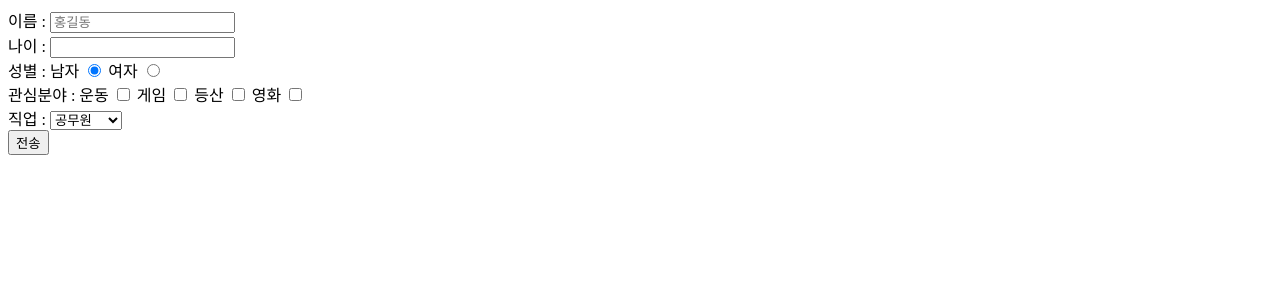
Repository: LEENYAMNYAM/JSP
Page: http://localhost/JSP_Project/exam/forminput.jsp
An editor plug-in stored every save of this project. The page is shown before and after the next save, followed by the edit.
The browser window is 1280 px wide. The pictures show the whole page.
The page is served by Tomcat 9. Other server files are loaded and not shown.

Above is the page before, as saved 2025-02-27 05:14:40.

### JSP_Project/src/main/webapp/exam/forminput.jsp
<%@ page language="java" contentType="text/html; charset=UTF-8"
    pageEncoding="UTF-8"%>
<!DOCTYPE html>
<html>
<head>
<meta charset="UTF-8">
<title>Insert title here</title>
</head>
<body>

<form action="fromResult.jsp" method="post">
이름 : <input type="text" id="name" name="name" placeholder="홍길동"></br>
나이 : <input type="number" id="age" name="age"></br>
성별 : <label for="m">남자</label>
	  <input type="radio" name="gender" id="m" checked>
	  <label for="w">여자
	  </label>
	  <input type="radio" name="gender" id="w"></br>
관심분야 : <label for="h1">운동</label>
		 <input type="checkbox" name="hobby" id="h1">
		 <label for="h2">게임</label>
		 <input type="checkbox" name="hobby" id="h2">
		 <label for="h3">등산</label>
		 <input type="checkbox" name="hobby" id="h3">
		 <label for="h4">영화</label>
		 <input type="checkbox" name="hobby" id="h4"></br>
직업 : <select>
	  	<option value="공무원">공무원</option>
	  	<option value="공무원">직장인</option>
	  	<option value="프리랜서">프리랜서</option>
	  	<option value="학생">학생</option>
	  </select> </br>

<button type="button"> 전송 </button>



</form>

</body>
</html>

After the next save:
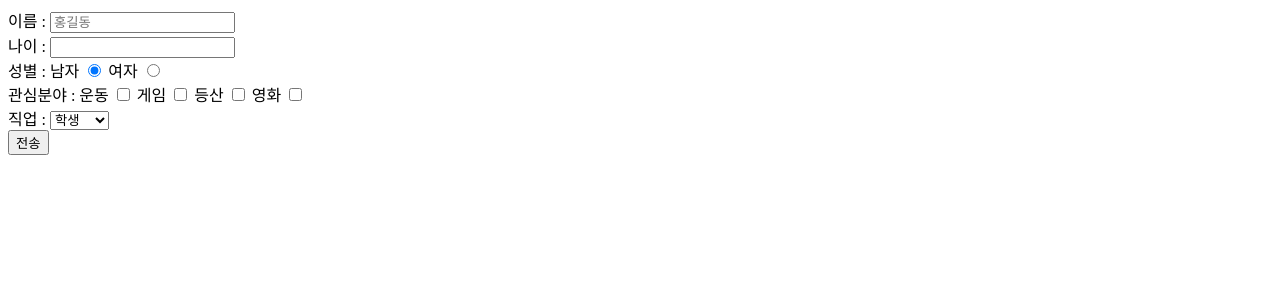
Saved 83 s later.
--- a/JSP_Project/src/main/webapp/exam/forminput.jsp
+++ b/JSP_Project/src/main/webapp/exam/forminput.jsp
@@ -4,6 +4,7 @@
 <html>
 <head>
 <meta charset="UTF-8">
+<title>FORM EXAM</title>
 <title>Insert title here</title>
 </head>
 <body>
@@ -24,11 +25,11 @@
 		 <input type="checkbox" name="hobby" id="h3">
 		 <label for="h4">영화</label>
 		 <input type="checkbox" name="hobby" id="h4"></br>
-직업 : <select>
+직업 : <select name="job">
+	  	<option value="학생">학생</option>
 	  	<option value="공무원">공무원</option>
-	  	<option value="공무원">직장인</option>
-	  	<option value="프리랜서">프리랜서</option>
-	  	<option value="학생">학생</option>
+	  	<option value="회사원">회사원</option>
+	  	<option value="기타">기타</option>
 	  </select> </br>
 
 <button type="button"> 전송 </button>
